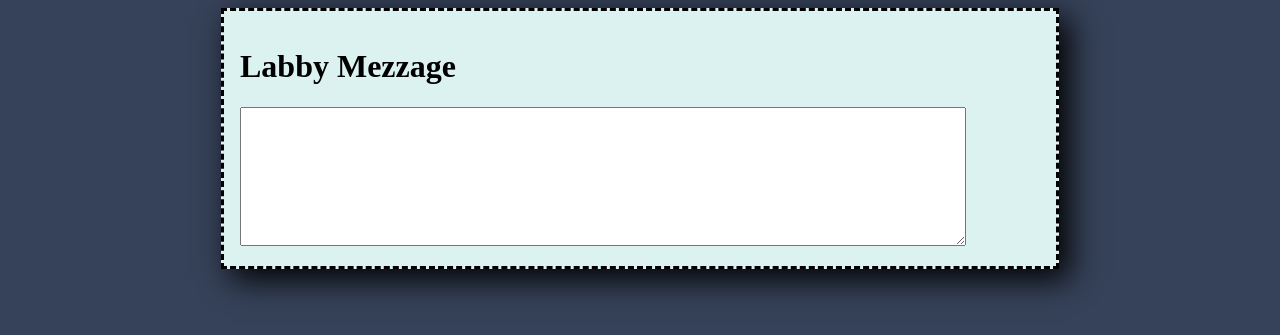
Repository: LindaOtt/1dv403-lo222hd-laborationer
Page: 2-labbymezzage/message.html
The author's editor kept a record of every edit. The page is drawn from the files as they stood at one moment, then again after the next edit.
The browser window is 1280 px wide. The pictures show the whole page.

Above is the page before.

After the next edit:
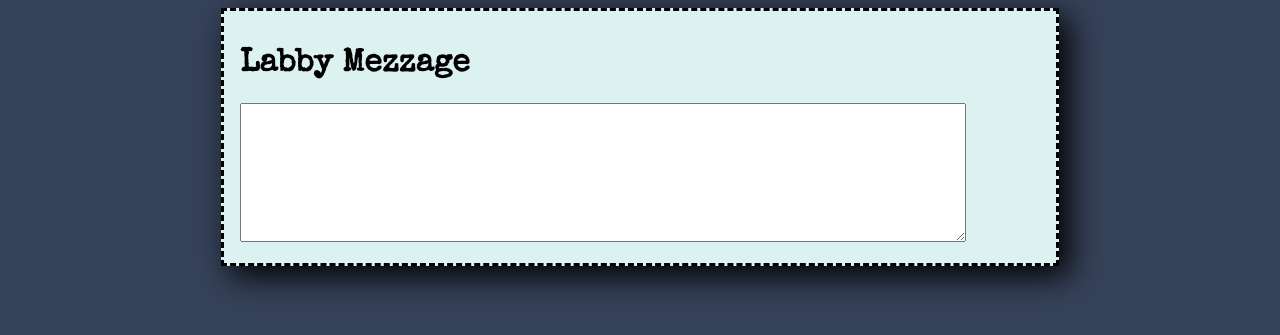
The edit:
--- a/2-labbymezzage/message.html
+++ b/2-labbymezzage/message.html
@@ -1,6 +1,7 @@
 <!doctype html>
 <head>
     <title>Labby Mezzage - Linda Ott Olander WP14</title>
+    <link href='http://fonts.googleapis.com/css?family=Special+Elite' rel='stylesheet' type='text/css'>
     <link rel="stylesheet" href="css/style.css">
     <script type="text/javascript" src="js/message.js"></script>
     <script type="text/javascript" src="js/messageObject.js"></script>
